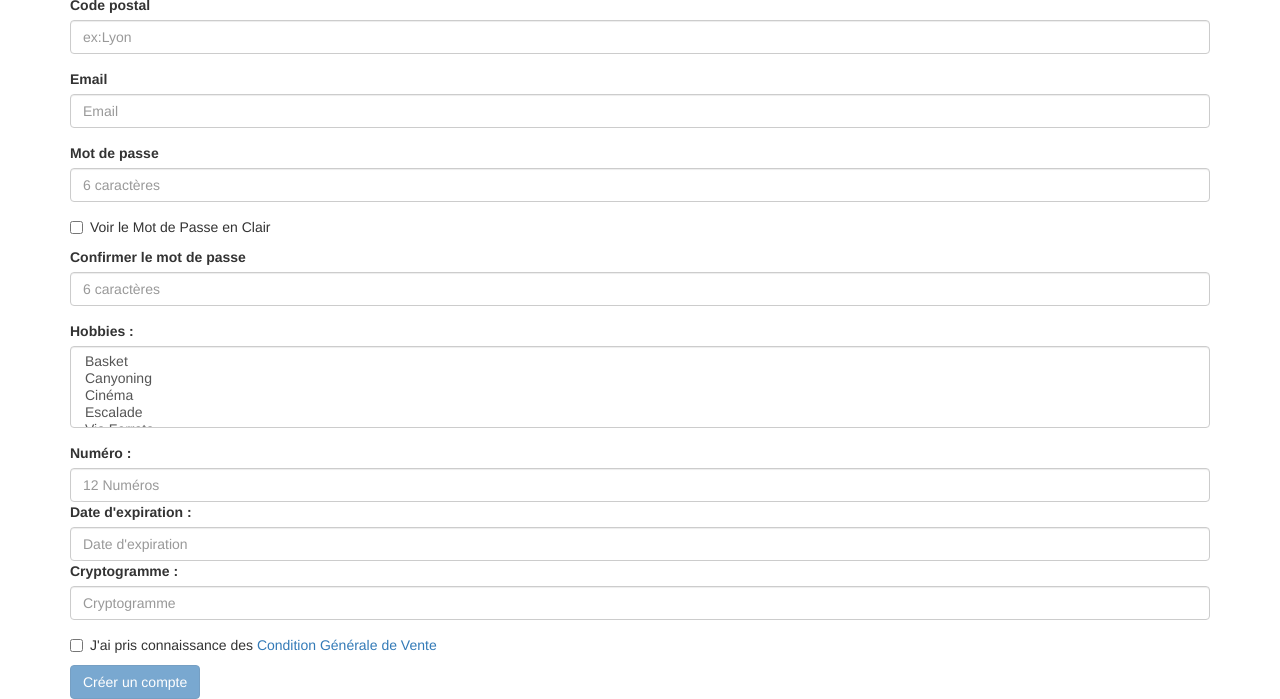
Repository: Symfomany/WildJQueryForm
Page: index.html
These files come from the project's save history. The page is drawn as it stood at one moment and after the next save; the edit follows.
The browser window is 1280 px wide. The pictures show the part of the page from y = 1113 to 1812 px (the page is 1812 px tall before and 1694 px after).
A picture or video elsewhere on the page could not be fetched, so the positions and the page height are approximate.

Above is the page before, as saved 2017-03-06 07:17:04.

After the next save:
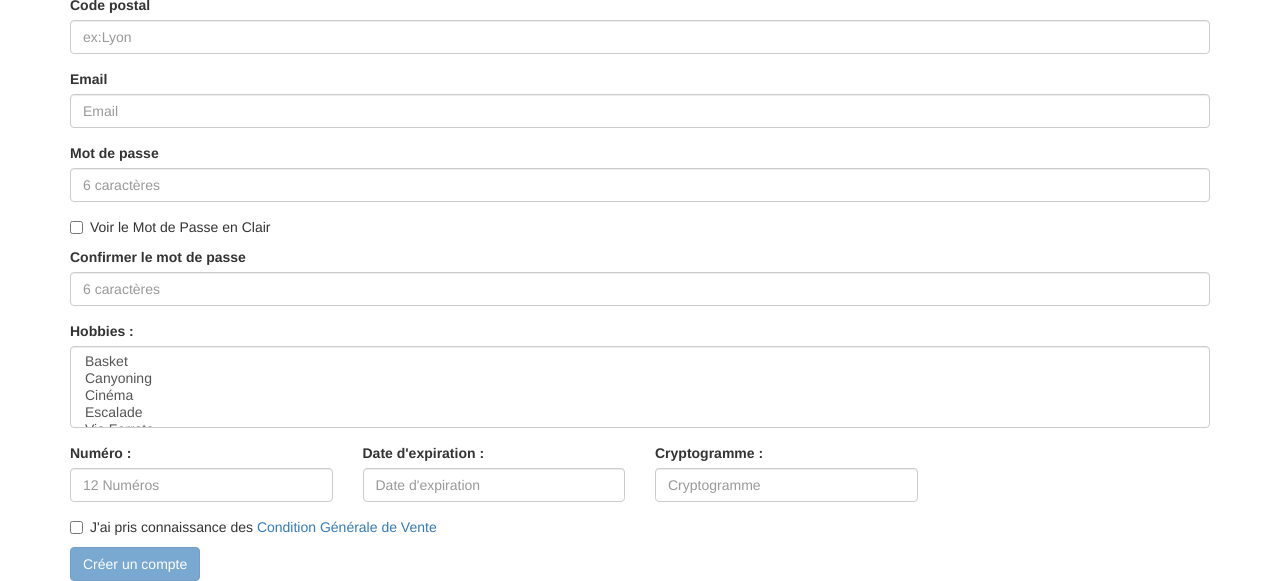
Saved 43 s later.
--- a/index.html
+++ b/index.html
@@ -169,12 +169,21 @@
 
 
 <div class="form-group">
-    <label for="cbNumber">Numéro :</label><input type="text" name="cbNumber" class="form-control" id="cbNumber" placeholder="12 Numéros"
-    />
-    <label for="cbExpiration">Date d'expiration :</label><input type="text" name="cbExpiration" class="form-control" id="cbExpiration"
-        placeholder="Date d'expiration" />
-    <label for="cbCryptogramme">Cryptogramme :</label><input type="text" name="cbCryptogramme" class="form-control" id="cbCryptogramme"
-        placeholder="Cryptogramme" />
+    <div class="row">
+        <div class="col-md-3">
+            <label for="cbNumber">Numéro :</label><input type="text" name="cbNumber" class="form-control" id="cbNumber" placeholder="12 Numéros"
+            />
+        </div>
+        <div class="col-md-3">
+            <label for="cbExpiration">Date d'expiration :</label><input type="text" name="cbExpiration" class="form-control"
+                id="cbExpiration" placeholder="Date d'expiration" />
+        </div>
+        <div class="col-md-3">
+            <label for="cbCryptogramme">Cryptogramme :</label><input type="text" name="cbCryptogramme" class="form-control"
+                id="cbCryptogramme" placeholder="Cryptogramme" />
+        </div>
+
+    </div>
 </div>
 
 <div class="checkbox">
